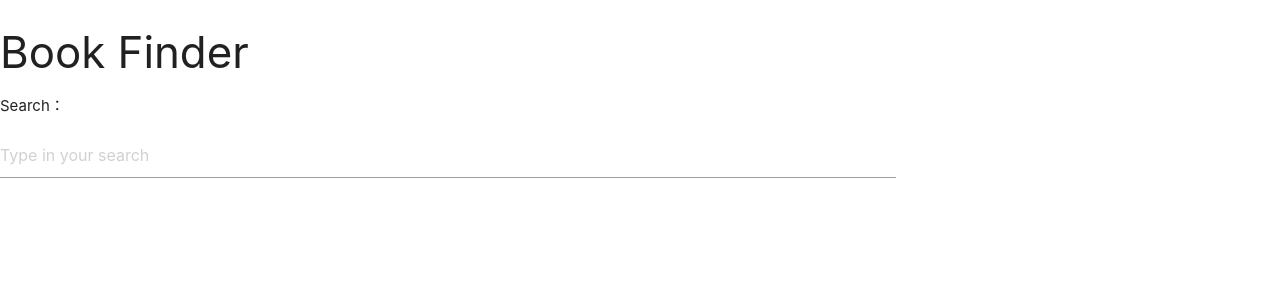
Repository: ayachika/chingu-solo-project
Page: index.html
The author's editor kept a record of every edit. The page is drawn from the files as they stood at one moment, then again after the next edit.
The browser window is 1280 px wide. The pictures show the whole page.
Some web libraries are served in a nearby version.

Above is the page before.

After the next edit:
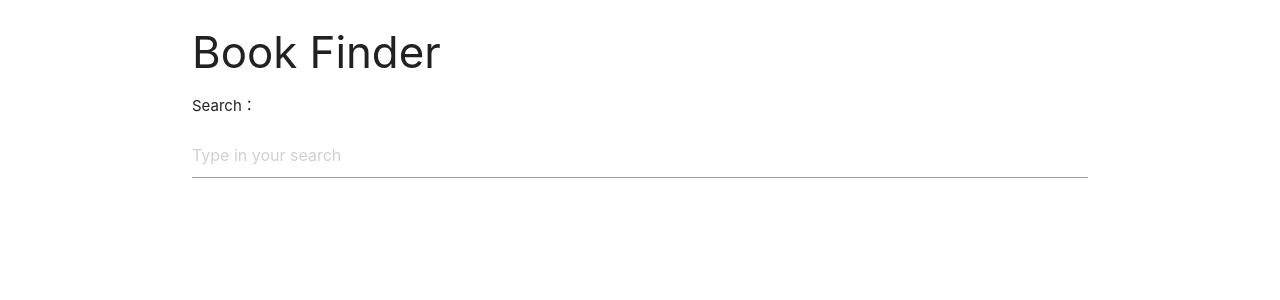
The edit:
--- a/main.css
+++ b/main.css
@@ -15,9 +15,7 @@
     border-bottom: solid 3px #D3D3D3;
 }
 
-.container{
-    float:left;
-}
+
 
 
 .book_image{
